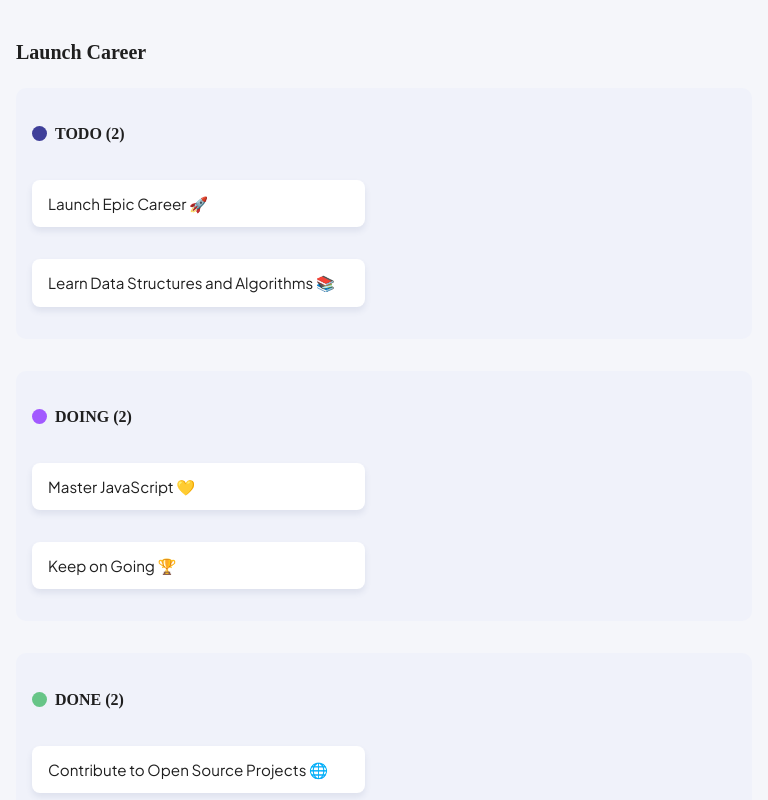
Repository: andajonas/ANDJON25111_fto2502_A2_Anda_Jonas_JSL01
Page: index.html
An editor plug-in stored every save of this project. The page is shown before and after the next save, followed by the edit.
The browser window is 768 px wide. The pictures show the whole page.
An inner scrolling area shows only its first screen.

Above is the page before, as saved 2025-04-25 18:29:29.

### index.html
<html lang="en">
  <head>
    <meta charset="UTF-8" />
    <meta name="viewport" content="width=device-width, initial-scale=1.0" />
    <title>Kanban Board</title>
    <link rel="stylesheet" href="style.css"/>
  </head>

  <body>
    <div class="kanban-container">
      <!-- Sidebar -->
      <nav class="sidebar">
        <div class="logo">
      <img src="assets/logo-light.svg" alt="Kanban logo">
        </div>
        <div class="board-list">
          <h4>ALL BOARDS (1)</h4>
          <button class="board-btn">Launch Career</button>
        </div>
      </nav>

      <!-- Main Board Section -->
      <div class="main-board">
        <header class="board-header">
          <h2 class="board-title">Launch Career</h2>
          <div class="=divider"></div>
        </header>

        <main class="columns">
          <!-- TO DO Column -->
          <div class="column">
            <div class="column-header">
              <span class="dot todo"></span>
              <h4>TODO (2)</h4>
            </div>
            <div class="card-container">
              <div class="card">Launch Epic Career 🚀</div>
              <div class="card">Learn Data Structures and Algorithms 📚</div>
            </div>
          </div>

          <!-- DOING Column -->
          <div class="column">
            <div class="column-header">
              <span class="dot doing"></span>
              <h4>DOING (2)</h4>
            </div>
            <div class="card-container">
              <div class="card">Master JavaScript 💛</div>
              <div class="card">Keep on Going 🏆</div>
            </div>
          </div>

          <!-- DONE Column -->
          <div class="column">
            <div class="column-header">
              <span class="dot done"></span>
              <h4>DONE (2)</h4>
            </div>
            <div class="card-container">
              <div class="card">Contribute to Open Source Projects 🌐</div>
              <div class="card">Build Portfolio Projects 🛠️</div>
            </div>
          </div>
        </main>
      </div>
    </div>
  </body>
</html>

### style.css
@import url('https://fonts.googleapis.com/css2?family=Plus+Jakarta+Sans:wght@400;700&display=swap');
/* Base Styles */
body {
    margin: 0;
    font-family: "inter" sans-serif;
    background-color: #f5f6fa;
    color: #1f1f1f;
  }

  .kanban-container {
    display: grid;
    grid-template-columns: 250px 1fr;
    height: 100vh;
  }

  /* Sidebar */
  .sidebar {
    background-color: white;
    padding: 2rem 1rem;
    border-right: 1px solid #e0e0e0;
  }

  .logo img {
    height: 40px;
    margin-bottom: 2rem;
  }

  .board-list h4 {
    font-size: 0.8rem;
    font-weight: 600;
    color: #888;
    margin: 2rem 0 0.5rem;
  }

  .board-btn {
    background-color: #635FC7;
    color: white !important;
    border: none;
    padding: 0.75rem 1rem;
    font-weight: 600;
    border-radius: 24px;
    cursor: pointer;
    text-align: left;
    width: 100%;
    font-family: 'Plus Jakarta Sans', sans-serif;
    font-size: 0.9rem;
    transition: background-color 0.2s ease;
  }

  .board-btn:hover {
    background-color: #847fda;
  }

  /* Main Content */
  .main-board {
    padding: 2rem;
    overflow-x: auto;
  }

  .board-title {
    font-size: 1.5rem;
    font-weight: 600;
    margin-bottom: 2rem;
  }

  /* Columns Layout */
  .columns {
    display: grid;
    grid-template-columns: repeat(3, 1fr);
    gap: 2rem;
  }

  /* Column */
  .column {
    display: flex;
    flex-direction: column;
  }

  /* Column Header */
  .column-header {
    display: flex;
    align-items: center;
    gap: 0.5rem;
    font-weight: 600;
    margin-bottom: 1rem;
  }

  .dot {
    width: 15px;
    height: 15px;
    border-radius: 50%;
  }

  .dot.todo {
    background-color: #3f3f99;
  }

  .dot.doing {
    background-color: #a259ff;
  }

  .dot.done {
    background-color: #67c587;
  }

  /* Cards */
  .card-container {
    display: flex;
    flex-direction: column;
    gap: 1rem;
  }

  .card {
    font-family: 'Plus Jakarta Sans', sans-serif;
    font-weight: 500; /* lighter weight */
    font-size: 15px;
    line-height: 1;
    padding: 1rem; /* Default for desktop */
    background-color: white;
    border-radius: 8px;
    box-shadow: 0px 4px 6px rgba(54, 78, 126, 0.1);
    margin-bottom: 1rem;
    width: 100%;
    max-width: 301px;
  }

  /* Mobile Responsive Styles */
@media (max-width: 768px) {
    .kanban-container {
      grid-template-columns: 1fr;
    }

    .sidebar {
      display: none; /* hide sidebar on mobile */
    }

    .main-board {
      padding: 1.5rem 1rem;
    }

    .columns {
      display: flex;
      flex-direction: column;
      gap: 2rem;
    }

    .column {
      background-color: #f0f2fa;
      padding: 1rem;
      border-radius: 10px;
    }

    .column-header h4 {
      font-size: 1rem;
    }

    .card {
      font-size: 0.95rem;
    }

    .board-title {
      text-align: left;
      font-size: 1.25rem;
      margin-bottom: 1.5rem;
    }
  }

After the next save:
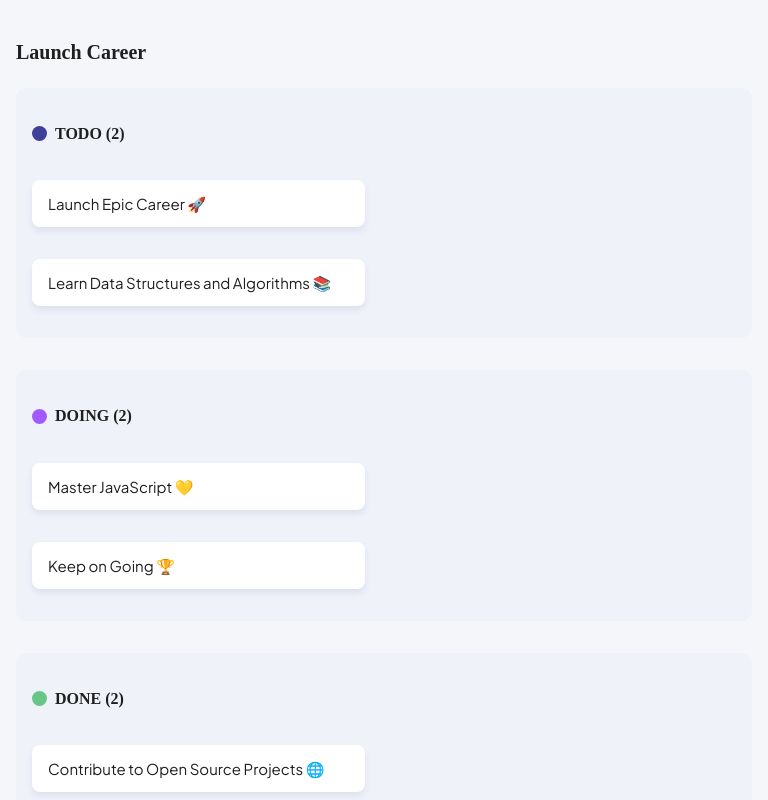
Saved 27 s later.
--- a/style.css
+++ b/style.css
@@ -154,9 +154,7 @@ body {
       font-size: 1rem;
     }
 
-    .card {
-      font-size: 0.95rem;
-    }
+
 
     .board-title {
       text-align: left;
